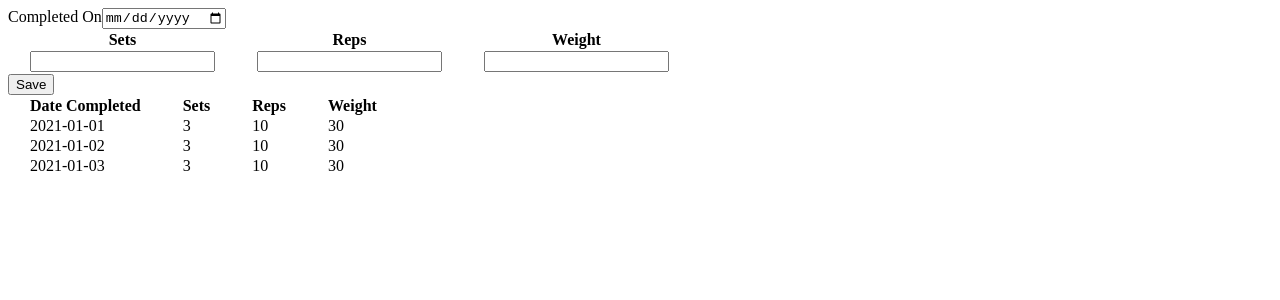
Repository: Kayla-amr/Exercise-Tracking-App
Page: / (app in exerciseTracking/)
These files come from the project's save history. The page is drawn as it stood at one moment and after the next save; the edit follows.
The browser window is 1280 px wide. The pictures show the whole page.
The project was rebuilt for these pictures with package versions that can differ from the ones it lists, and the page was loaded fresh each time. Also part of the build but not shown: exerciseTracking/vite.config.ts, exerciseTracking/src/assets/main.css.

Above is the page before, as saved 2023-03-17 13:36:52.

After the next save:
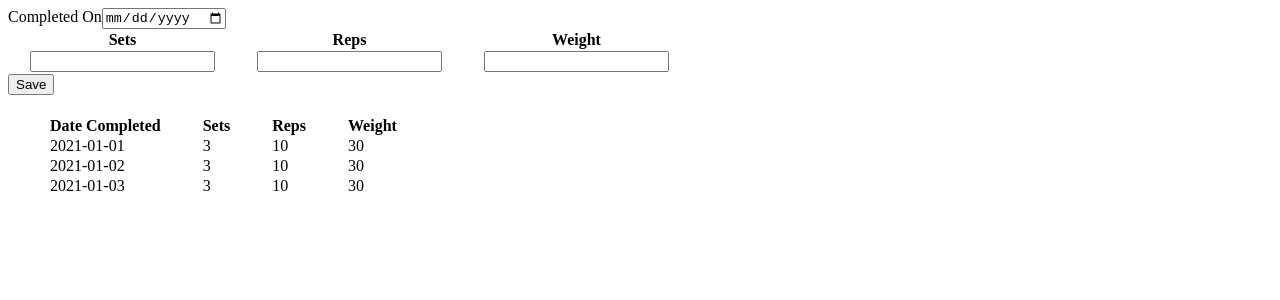
Saved 18 s later.
--- a/exerciseTracking/src/components/trackingHistory.vue
+++ b/exerciseTracking/src/components/trackingHistory.vue
@@ -33,7 +33,9 @@
 </script>
 
 <style>
-
+#tracking-history {
+    margin: 20px;
+}
 th, td {
     padding: 0 20px;
 }

After the 2 saves that followed:
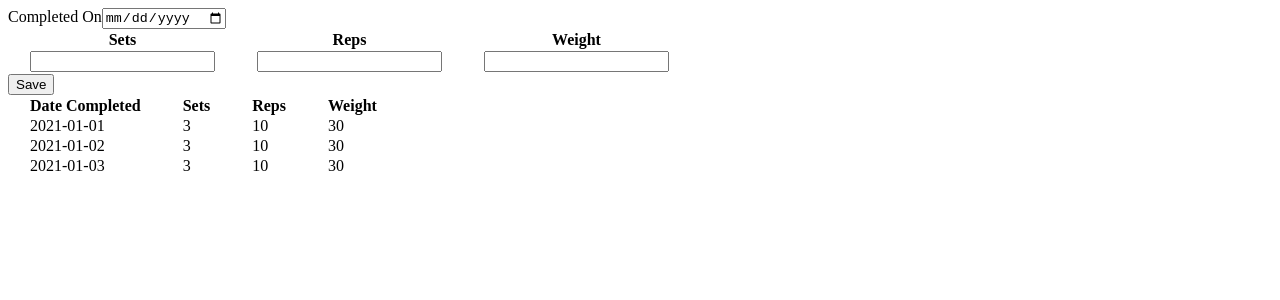
The 2 saves are shown as one change because 1 left the picture as it was.
The last was saved 20 s later.
--- a/exerciseTracking/src/components/trackingHistory.vue
+++ b/exerciseTracking/src/components/trackingHistory.vue
@@ -33,9 +33,6 @@
 </script>
 
 <style>
-#tracking-history {
-    margin: 20px;
-}
 th, td {
     padding: 0 20px;
 }
